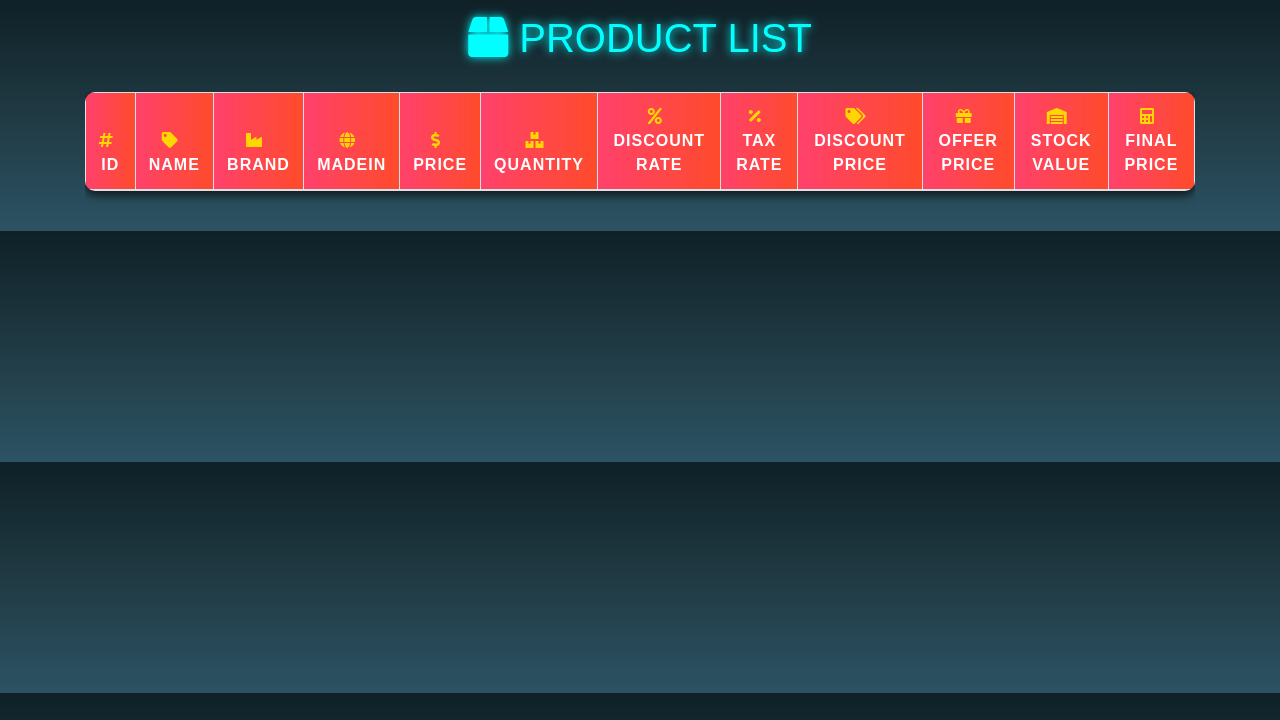
Repository: Ravi-kishor-09/Ravi-projects
Page: http://localhost/product-list
An editor plug-in stored every save of this project. The page is shown before and after the next save, followed by the edit.
The browser window is 1280 px wide. The pictures show the whole page.
The page is this project's Thymeleaf template; nobody is signed in. The template is opened directly, without the code that normally fills it, so the values that code supplies are empty.

Above is the page before, as saved 2024-12-20 14:14:22.

After the next save:
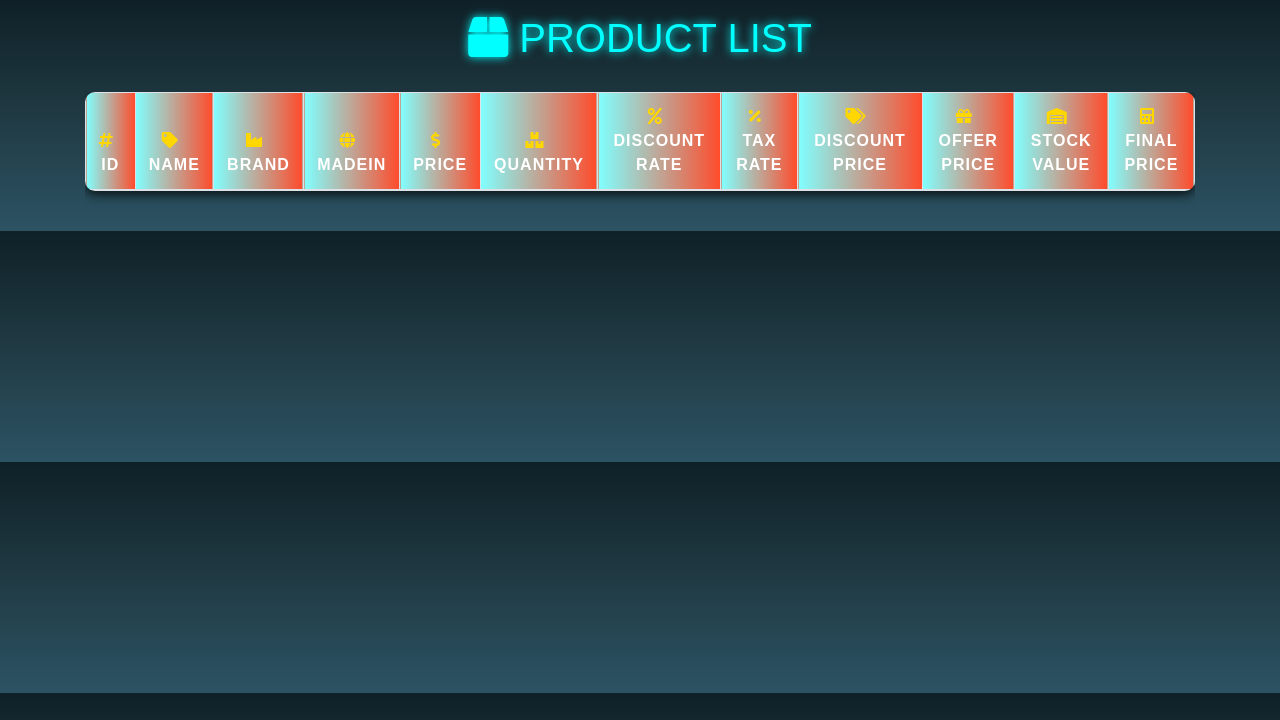
Saved 7 min 4 s later.
--- a/spring1/src/main/resources/templates/product-list.html
+++ b/spring1/src/main/resources/templates/product-list.html
@@ -34,7 +34,7 @@
             box-shadow: 0 4px 10px rgba(0, 0, 0, 0.7);
         }
         thead th {
-            background: linear-gradient(90deg, #ff416c, #ff4b2b);
+            background: linear-gradient(90deg, rgb(128, 255, 255), #ff4b2b);
             color: white;
             font-weight: bold;
             text-transform: uppercase;
